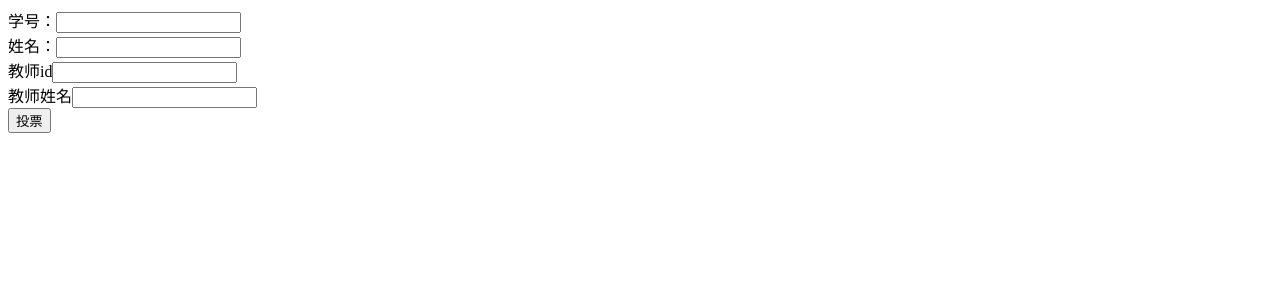
Repository: yonghuisu/THUVote
Page: LocalProject/Application/Home/View/Vote/edit.html
The author's editor kept a copy of each file at every save. The page is drawn from the files as they stood at one save, then again after the next save.
The browser window is 1280 px wide. The pictures show the whole page.

Above is the page before, as saved 2014-04-14 11:01:33.

### LocalProject/Application/Home/View/Vote/edit.html
<FORM method="post" action="__URL__/insert">
学号：<INPUT type="text" name="student_no"><br/>
姓名：<INPUT type="text" name="student_name"><br/>
教师id<INPUT type="text" name = "teacher_id"><br/>
教师姓名<INPUT type="text" name = "teacher_name"><br/>
 <INPUT type="submit" value="投票">
 </FORM>

After the next save:
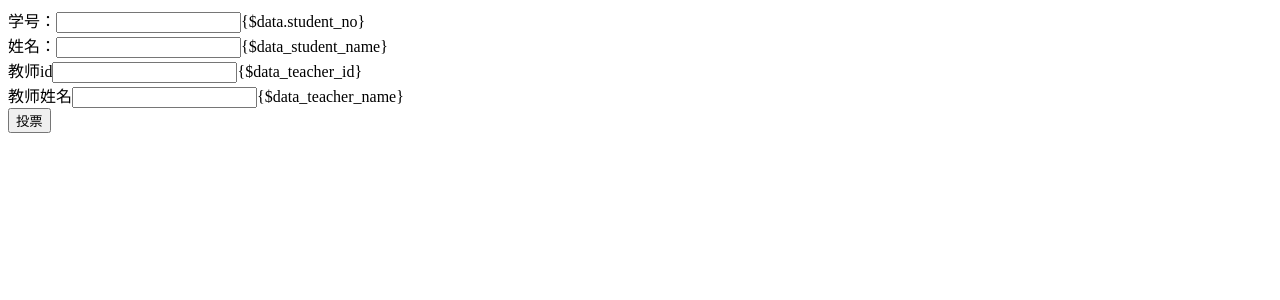
Saved 104 s later.
--- a/LocalProject/Application/Home/View/Vote/edit.html
+++ b/LocalProject/Application/Home/View/Vote/edit.html
@@ -1,7 +1,7 @@
 <FORM method="post" action="__URL__/insert">
-学号：<INPUT type="text" name="student_no"><br/>
-姓名：<INPUT type="text" name="student_name"><br/>
-教师id<INPUT type="text" name = "teacher_id"><br/>
-教师姓名<INPUT type="text" name = "teacher_name"><br/>
+学号：<INPUT type="text" name="student_no">{$data.student_no}<br/>
+姓名：<INPUT type="text" name="student_name">{$data_student_name}<br/>
+教师id<INPUT type="text" name = "teacher_id">{$data_teacher_id}<br/>
+教师姓名<INPUT type="text" name = "teacher_name">{$data_teacher_name}<br/>
  <INPUT type="submit" value="投票">
  </FORM>
